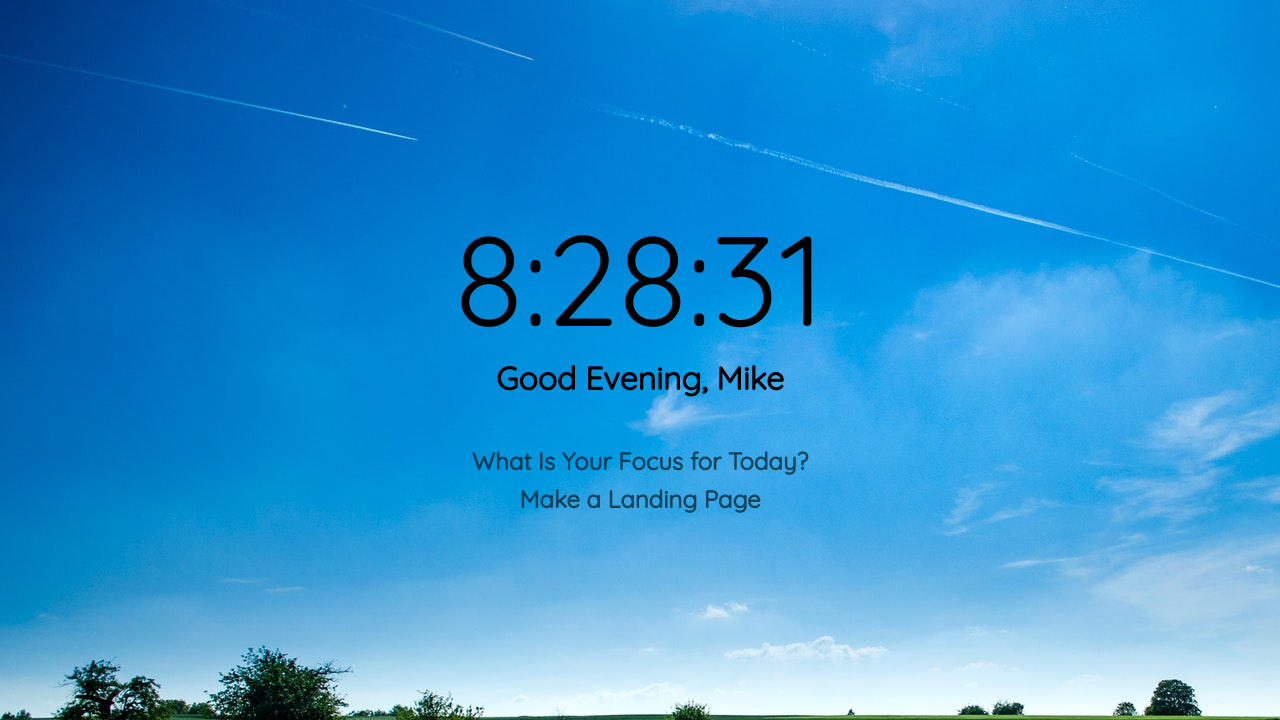
Repository: MikeTroianello/Landing-Page
Page: index.html
These files come from the project's save history. The page is drawn as it stood at one moment and after the next save; the edit follows.
The browser window is 1280 px wide. The pictures show the whole page.

Above is the page before, as saved 2019-06-19 23:26:16.

After the next save:
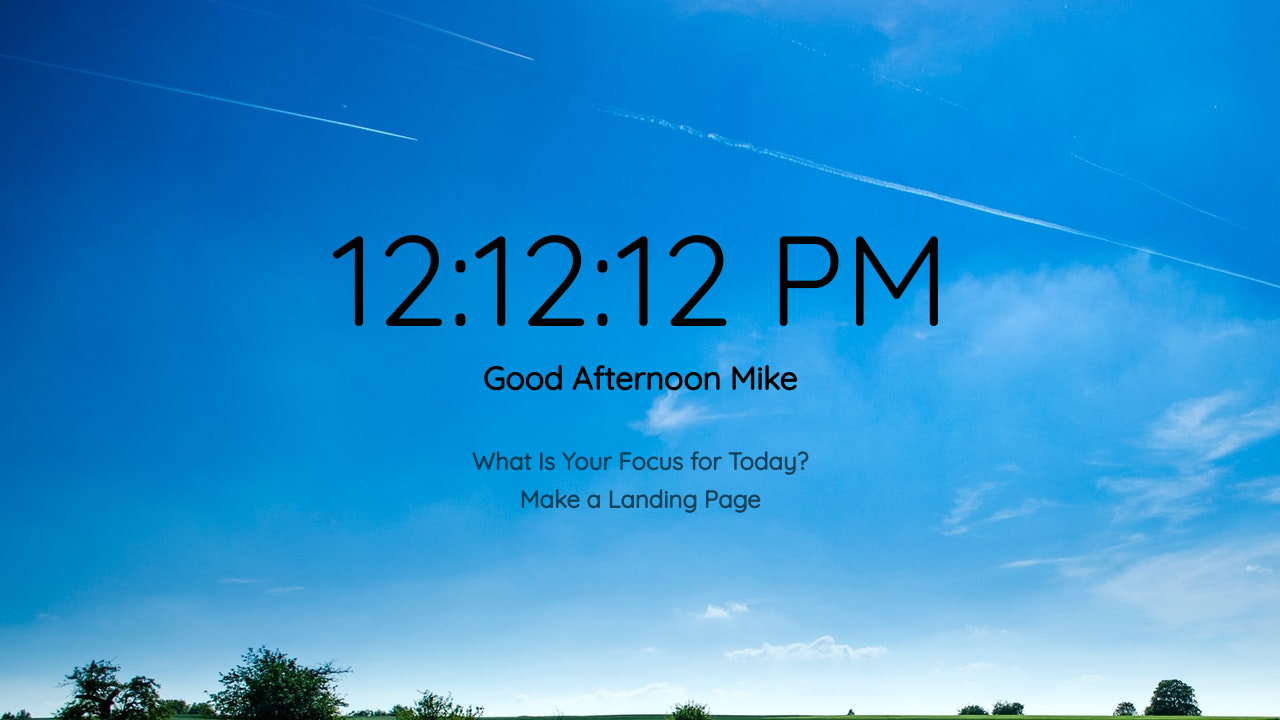
Console error: TypeError: document.getElementByTagName is not a function
Saved 5 min 12 s later.
--- a/main.js
+++ b/main.js
@@ -2,7 +2,8 @@
 const time = document.getElementById('time'),
   greeting = document.getElementById('greeting'),
   name = document.getElementById('name'),
-  focus = document.getElementById('focus');
+  focus = document.getElementById('focus'),
+  background = document.getElementByTagName('body');
 
 //SHOW TIME
 

After the 4 saves that followed:
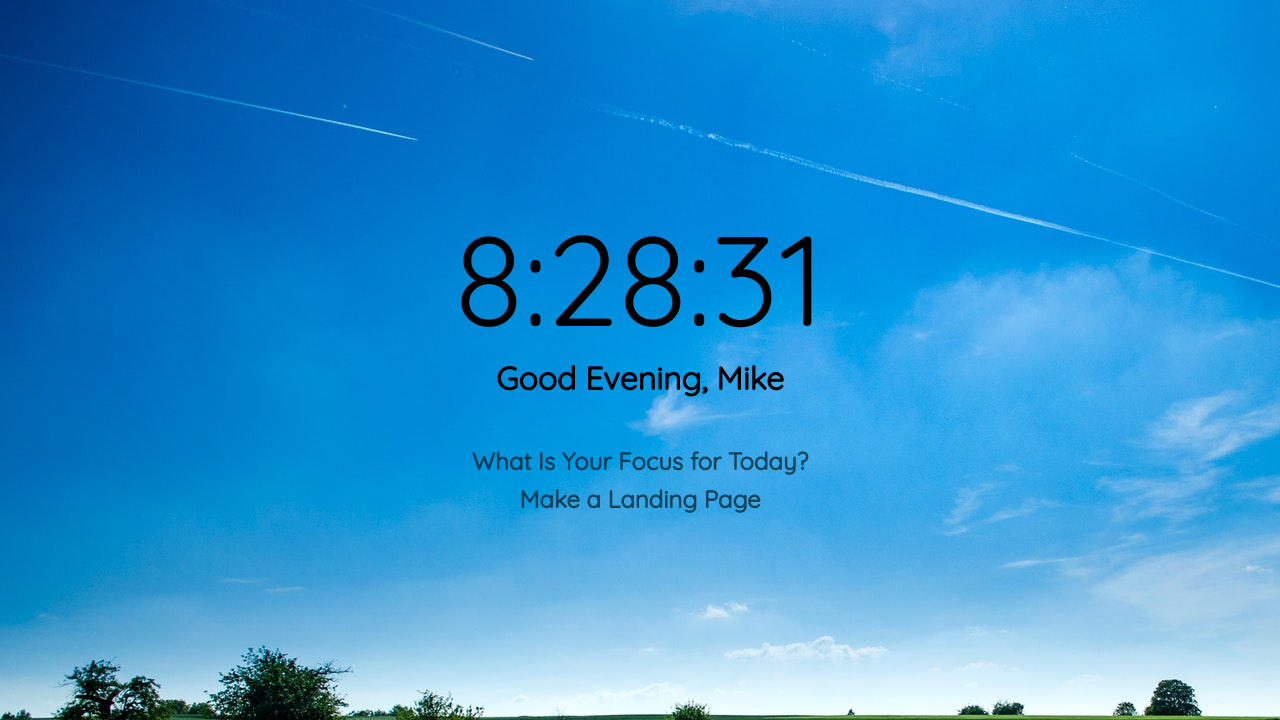
The error is gone.
The 4 saves are shown as one change because 3 left the picture as it was.
The last was saved 40 s later.
--- a/main.js
+++ b/main.js
@@ -3,7 +3,8 @@
   greeting = document.getElementById('greeting'),
   name = document.getElementById('name'),
   focus = document.getElementById('focus'),
-  background = document.getElementByTagName('body');
+  background = document.getElementsByTagName('body');
+console.log(background);
 
 //SHOW TIME
 
